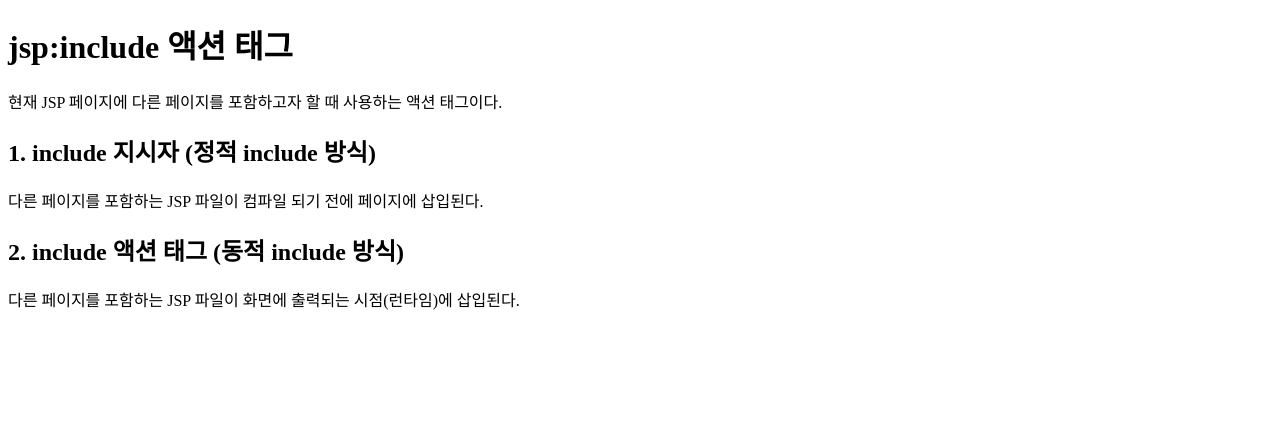
Repository: Parknogyung/Backend
Page: http://localhost/03_EL_JSTL/views/actiontag/standard/include.jsp
The author's editor kept a copy of each file at every save. The page is drawn from the files as they stood at one save, then again after the next save.
The browser window is 1280 px wide. The pictures show the whole page.
The page is served by Tomcat 9.

Above is the page before, as saved 2022-07-13 01:07:22.

After the next save:
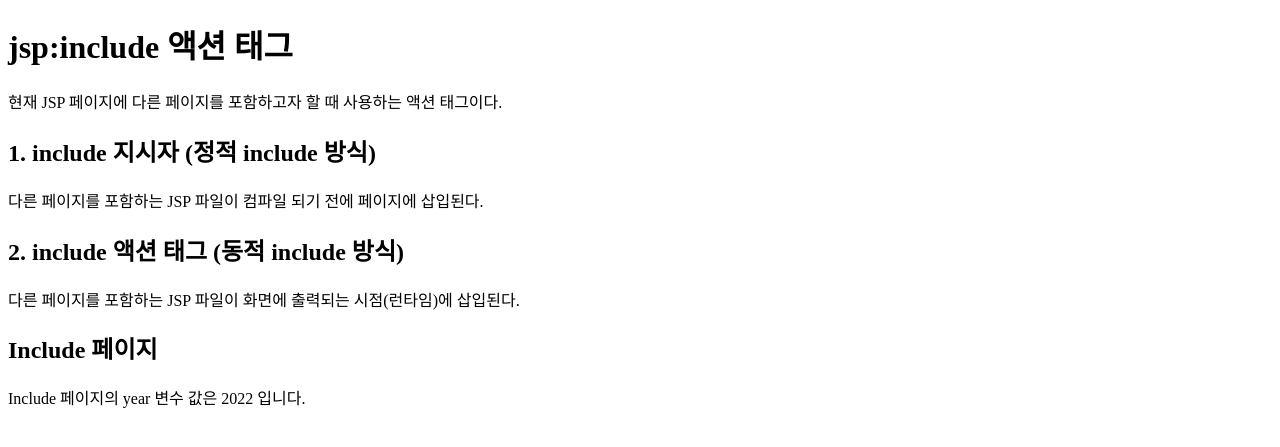
Saved 11 s later.
--- a/03_EL_JSTL/src/main/webapp/views/actiontag/standard/include.jsp
+++ b/03_EL_JSTL/src/main/webapp/views/actiontag/standard/include.jsp
@@ -32,7 +32,7 @@
 		다른 페이지를 포함하는 JSP 파일이 화면에 출력되는 시점(런타임)에 삽입된다.
 	</p>
 
-	<jsp:include page="" />
+	<jsp:include page="includePage.jsp" />
 
 </body>
 </html>
